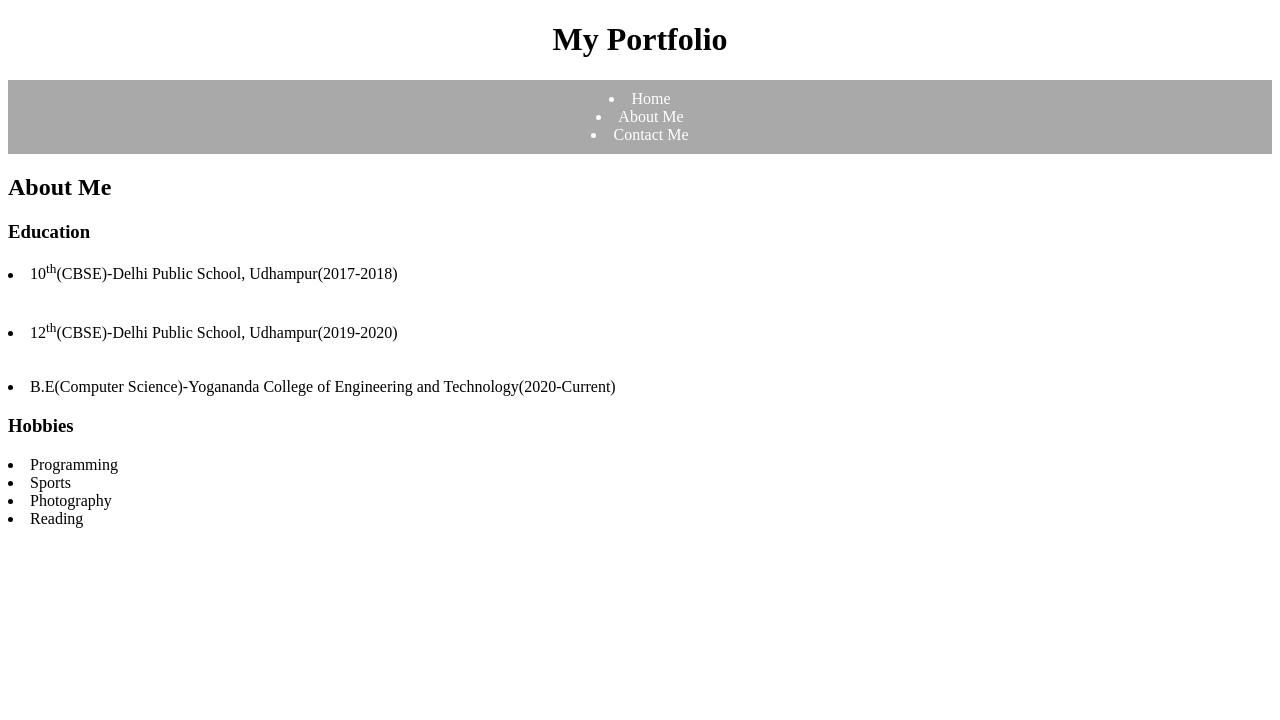
Repository: harshitanthal1/my_portfolio
Page: aboutme.html
These files come from the project's save history. The page is drawn as it stood at one moment and after the next save; the edit follows.
The browser window is 1280 px wide. The pictures show the whole page.

Above is the page before, as saved 2024-02-02 13:50:12.

### aboutme.html
<!DOCTYPE html>
<html lang="en">
<head>
    <meta charset="UTF-8">
    <meta name="viewport" content="width=device-width, initial-scale=1.0">
    <title>My Portfolio</title>
    <link rel="stylesheet" href="styles/styles.css" />
</head>
<body>
    <header><h1>My Portfolio</h1></header>
    <nav>
        <li><a href="index.html" target="_blank">Home</a></li>
        <li><a href="aboutme.html" target="_blank" >About Me</a></li>
        <li><a href="contactme.html" target="_blank" >Contact Me</a></li>
    </nav>
    <h2>About Me</h2>
    <div id="education">
        <h3>Education</h3>
        <li>10<sup>th</sup>(CBSE)-Delhi Public School, Udhampur(2017-2018)</li>
        <br/>
        <br/>
        <li>12<sup>th</sup>(CBSE)-Delhi Public School, Udhampur(2019-2020)</li>
        <br />
        <br/>
        <li>B.E(Computer Science)-Yogananda College of Engineering and Technology(2020-Current)</li>
    </div>
    <div>
        <h3>Hobbies</h3>
        <li>Programming</li>
        <li>Sports</li>
        <li>Photography</li>
        <li>Reading</li>
    </div>
</body>
</html>

### styles/styles.css
header {
    text-align: center;
}

nav {
    background-color: darkgrey;
    color: white;
    padding: 10px;
    text-align: center;
}

#nav-item {
    display: inline;
    margin-right: 20px;
    margin-left: 20px;
}

a {
    text-decoration: none;
    color: white;
}

#profile {
    padding: 10px;
    width: 350px;
    text-align: justify;
}

img {
    border-radius: 50%;
}

After the next save:
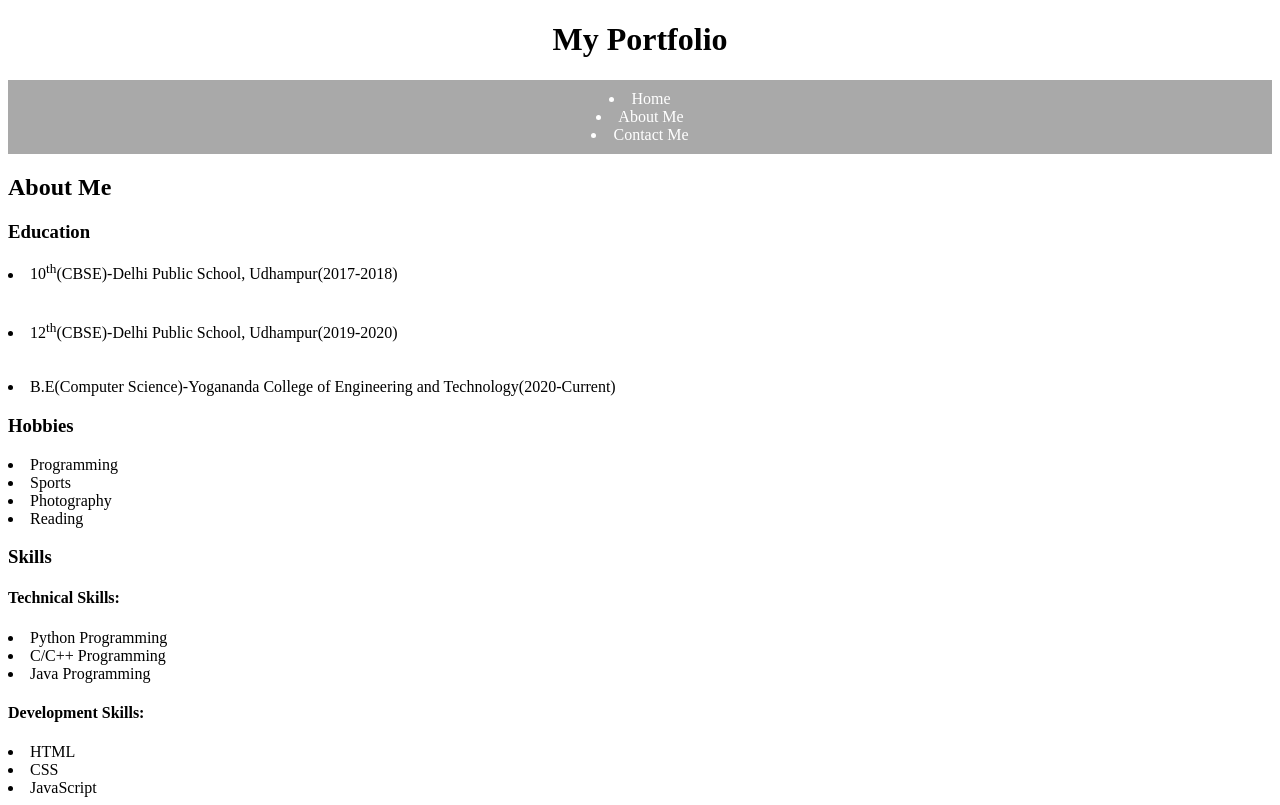
Saved 4 min 36 s later.
--- a/aboutme.html
+++ b/aboutme.html
@@ -31,5 +31,16 @@
         <li>Photography</li>
         <li>Reading</li>
     </div>
+    <div>
+        <h3>Skills</h3>
+        <h4>Technical Skills:</h4>
+        <li>Python Programming</li>
+        <li>C/C++ Programming</li>
+        <li>Java Programming</li>
+        <h4>Development Skills:</h4>
+        <li>HTML</li>
+        <li>CSS</li>
+        <li>JavaScript</li>
+    </div>
 </body>
 </html>
